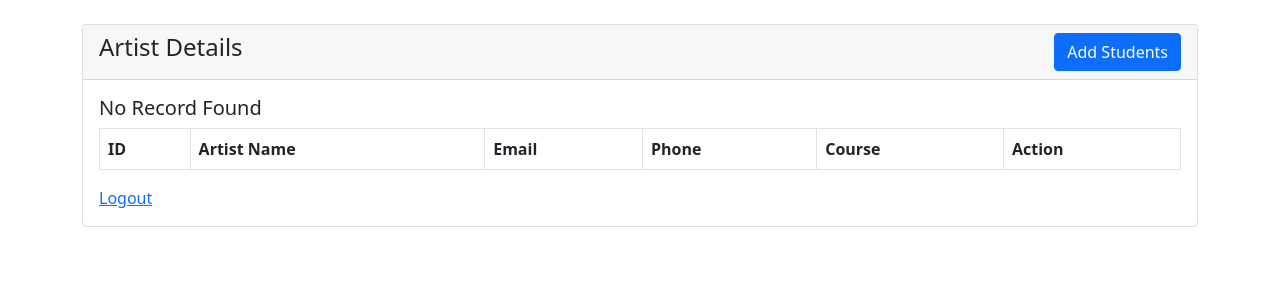
Repository: laurentbul/ApplicationEssai
Page: http://localhost/home.php
These files come from the project's save history. The page is drawn as it stood at one moment and after the next save; the edit follows.
The browser window is 1280 px wide. The pictures show the whole page.
The page is run by PHP 8.4 with error messages shown; the project is at /var/www/html/. Queries for data that is not in the repository find no rows.

Above is the page before, as saved 2023-04-13 07:10:54.

After the next save:
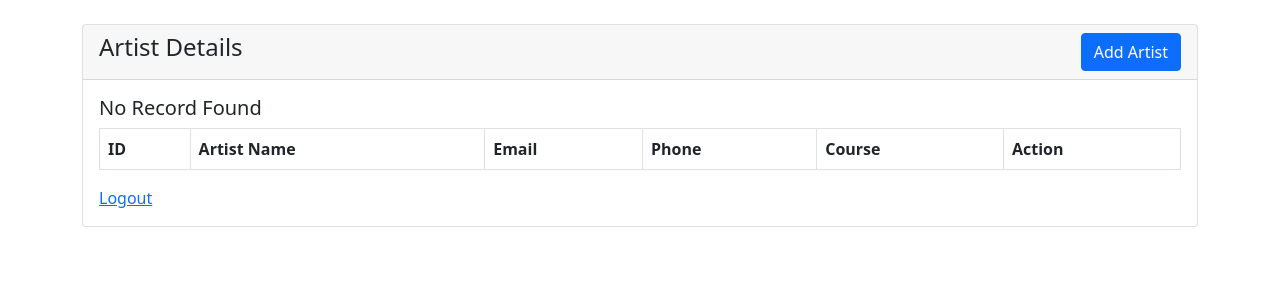
Saved 30 s later.
--- a/crud2/home.php
+++ b/crud2/home.php
@@ -25,7 +25,7 @@
                 <div class="card">
                     <div class="card-header">
                         <h4>Artist Details
-                            <a href="student-create.php" class="btn btn-primary float-end">Add Students</a>
+                            <a href="student-create.php" class="btn btn-primary float-end">Add Artist</a>
                         </h4>
                     </div>
                     <div class="card-body">
